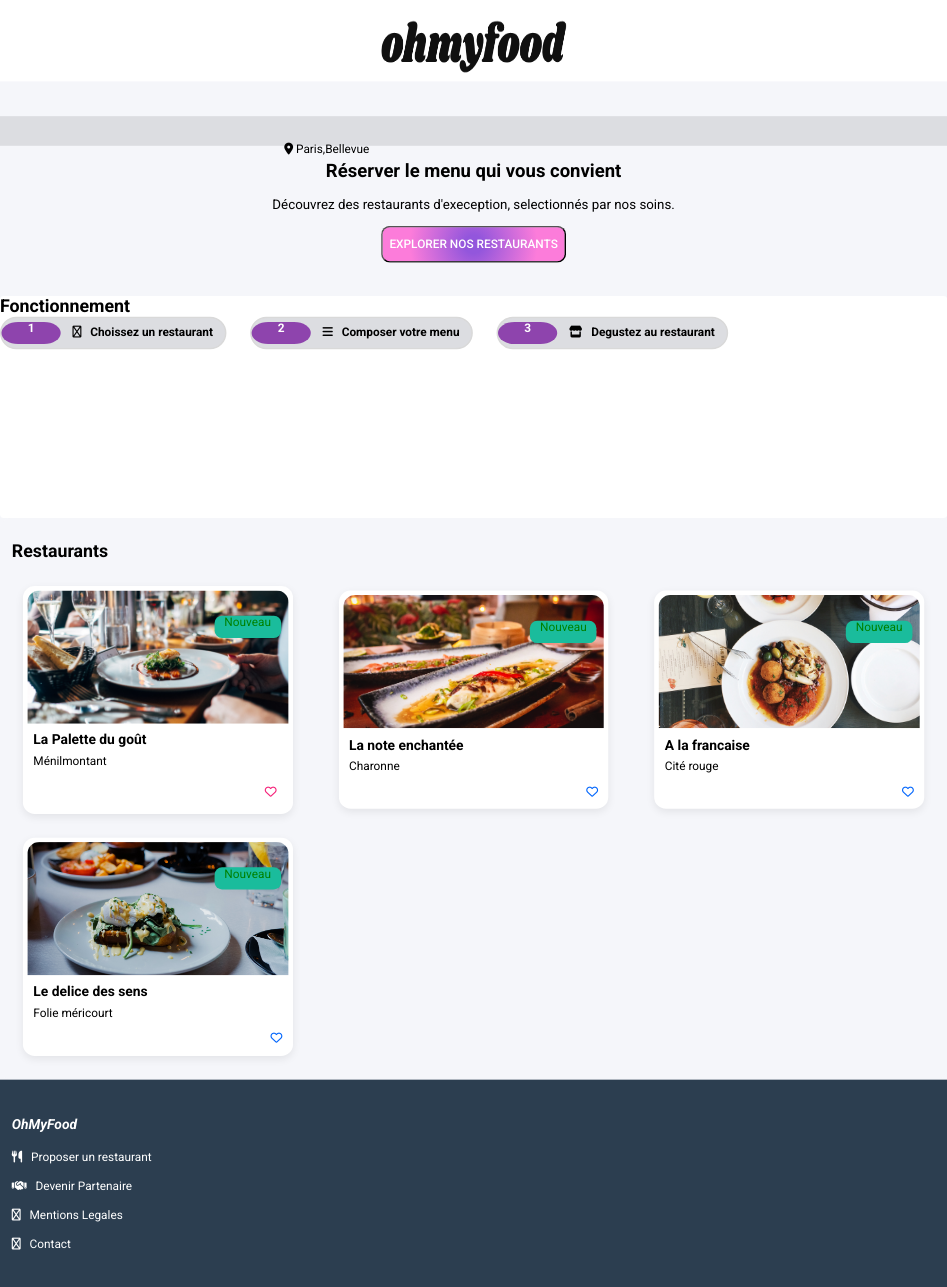
Repository: ultraasedev/ohmyfood
Page: index.html
An editor plug-in stored every save of this project. The page is shown before and after the next save, followed by the edit.
The browser window is 1280 px wide. The pictures show the whole page, at 74% of full size.
Some web fonts or font styles are not loaded; a fallback is used. Some web libraries are served in a nearby version.

Above is the page before, as saved 2022-10-27 18:52:13.

### index.html
<!doctype html>
<html lang="fr">
    <head>
        <meta charset="UTF-8">
        <meta name="viewport" content="width=device-width,minimum-scale=1,initial-scale=1,maximum-scale=2">

      <title>Ohmyfood!  - Home</title>
       <meta name="description" content="Ohmyfood! est une entreprise de commande de repas en ligne. Notre concept permet aux
       utilisateurs de composer leur propre menu et réduire leur temps d’attente dans les
       restaurants car leur menu est préparé à l’avance. Plus de perte de temps à consulter la carte"/>
       <meta property="og:site_name" content="Ohmyfood!  - est une entreprise de commande de repas en ligne. Notre concept permet aux
       utilisateurs de composer leur propre menu et réduire leur temps d’attente dans les
       restaurants car leur menu est préparé à l’avance. Plus de perte de temps à consulter la carte" />
       <meta property="og:description" content="est une entreprise de commande de repas en ligne. Notre concept permet aux
       utilisateurs de composer leur propre menu et réduire leur temps d’attente dans les
       restaurants car leur menu est préparé à l’avance. Plus de perte de temps à consulter la carte" />




       <link type="text/css" rel="stylesheet" href="css/normalize.css"/>
       <link type="text/css" rel="stylesheet" href="css/all.min.css"/>
       <link type="text/css" rel="stylesheet" href="css/fontawesome.min.css"/>
       <link rel="preconnect" href="https://fonts.googleapis.com">
        <link rel="preconnect" href="https://fonts.gstatic.com" crossorigin>
       <link href="https://fonts.googleapis.com/css2?family=Roboto:ital,wght@0,100;0,300;0,400;0,500;0,700;0,900;1,100;1,300;1,400;1,500;1,700;1,900&family=Shrikhand&display=swap" rel="stylesheet">
       <script   src="https://kit.fontawesome.com/f132f25ed3.js" crossorigin="anonymous"></script>

       <link type="text/css" rel="stylesheet" href="css/style.css" />



       </head>

       <body>
<!--Nav + Logo-->
   <div class="nav">
    <div class="logo">
      <img src="images/logo/ohmyfood.png" alt="Ohmyfood !" class="logo"/>
    </div>
   </div>


<!--Header-->
<header>
  <!--Location-->
 <div class="location">
  <div class="villeloca"><p><i class="fa-sharp fa-solid fa-location-dot"></i> Paris,Bellevue</p></div>
</div>

  <div class="head-cont">
    <h2>Réserver le menu qui vous convient</h2>
    <p>Découvrez des restaurants d'exeception, selectionnés par nos soins.</p>

    <button class="btn-nav">
      Explorer nos restaurants
    </button>
  </div>
</header>

<!--Fonctionnement-->
<section class="cont-fonc">
  <h2>Fonctionnement</h2>

  <div class="ctn-filtres">

    <div class="filtres">
      <div class="circle-inf">1</div>
      <p><i class="fa-regular fa-phone"></i>&nbsp;&nbsp;&nbsp;Choissez un restaurant</p>
    </div>

    <div class="filtres">
      <div class="circle-inf">2</div>
      <p><i class="fa-solid fa-bars"></i>&nbsp;&nbsp;&nbsp;Composer votre menu</p>
    </div>

    <div class="filtres">
      <div class="circle-inf">3</div>
      <p><i class="fa-solid fa-store"></i>&nbsp;&nbsp;&nbsp;Degustez au restaurant</p>
    </div>


  </div>

</section>
<!--Fonctionnement-->

<!--Restau 1-->
<section class="cont-art">
  <h2>Restaurants</h2>

  <!-- Card 1 -->
              <article class="resto-card">
                <a href="#">
                  <img
                    src="./images/restaurants/jay-wennington-N_Y88TWmGwA-unsplash.jpg"
                    alt="Photo de l'hébergement"
                  />
                  <div class="new">Nouveau</div>
                  <h3>La Palette du goût</h3>
                  <p>Ménilmontant</p>
                  <div class="stars">
                    <i class="fa-regular fa-heart active"></i>
                  </div>
                </a>
              </article>


               <!-- Card 2 -->
               <article class="resto-card">
                <a href="#">
                  <img
                    src="./images/restaurants/louis-hansel-shotsoflouis-qNBGVyOCY8Q-unsplash.jpg"
                    alt="Photo de l'hébergement"
                  />
                  <div class="new">Nouveau</div>
                  <h3>La note enchantée</h3>
                  <p>Charonne</p>
                  <div class="stars">
                    <i class="fa-regular fa-heart"></i>

                  </div>
                </a>
              </article>

               <!-- Card 3 -->
               <article class="resto-card">
                <a href="#">
                  <img
                    src="./images/restaurants/stil-u2Lp8tXIcjw-unsplash.jpg"
                    alt="Photo de l'hébergement"
                  />
                  <div class="new">Nouveau</div>
                  <h3>A la francaise</h3>
                  <p>Cité rouge</p>
                  <div class="stars">
                    <i class="fa-regular fa-heart"></i>
                  </div>
                </a>
              </article>

               <!-- Card 4 -->
               <article class="resto-card">
                <a href="#">
                  <img
                    src="./images/restaurants/toa-heftiba-DQKerTsQwi0-unsplash.jpg"
                    alt="Photo de l'hébergement"
                  />
                  <div class="new">Nouveau</div>
                  <h3>Le delice des sens</h3>
                  <p>Folie méricourt</p>
                  <div class="stars">
                    <i class="fa-regular fa-heart"></i>
                  </div>
                </a>
              </article>




</section>

<!--FOOTER-->
<footer>
  <div class="container-footer">
    <div class="card-footer">
      <h3 style="font-family: 'Roboto';font-weight: 700;font-style: italic;">OhMyFood</h3>
      <!--<img src="images/logo/ohmyfood.png" alt="Ohmyfood !" height="20px" width="80px" style="margin-bottom: 10px;"/>-->
      <a href="#"><i class="fa-solid fa-utensils"></i>&nbsp;&nbsp;&nbsp;Proposer un restaurant</a>
      <a href="#"><i class="fa-solid fa-handshake"></i>&nbsp;&nbsp;&nbsp;Devenir Partenaire</a>
      <a href="#"><i class="fa-regular fa-circle-info"></i>&nbsp;&nbsp;&nbsp;Mentions Legales</a>
      <a href="#"><i class="fa-regular fa-phone"></i>&nbsp;&nbsp;&nbsp;Contact</a>

    </div>

</footer>

### css/style.css
*{
    box-sizing: border-box;
    font-family: var(--fontall);
    max-width: 1380px;

}
:root{

  /*Font*/
  --fontall: 'Roboto', sans-serif;
  --fontlg: 'Shrikhand' , cursive;

  /*color*/
  --primary: #9356DC;
  --secon: #FF79DA;
  --tert: #99E2D0;

  --greybg: #f5f6fa;

}


body{
    background-color:  var(--greybg);
    font-family: var(--fontall);
}

/* Nav*/
.nav{
  display: flex;
  height: 130px;
  width: 100%;
  background-color: #fff;
  align-items: center;
  align-content: center;
  text-align: center;
  margin-bottom: 10px;
}
/*Logo*/
.logo{
  position: relative;
  align-items: center;
  align-content: center;
  text-align: center;
  margin-right: auto;
  margin-left: auto;
}
.logo img{
  height: 70px;
  width: 250px;
}
/*Header*/
header{
  position: absolute;
  height: 300px;
  width: 100%;
  background-color: #f5f6fa;
  align-items: center;
  align-content: center;
  text-align: center;
  margin-top: -30px;
}
/*Location*/
.location{
  position: flex;
  background-color: #dcdde1;
  height: 40px;
  margin-top: -8px;
  align-items: center;
  align-content: center;
  text-align: center;
}
.location .villeloca{
  position: absolute;
  align-items: center;
  align-content: center;
  text-align: center;
  left: 30%;
}

/*Head-Cont*/

.head-cont h2{
  font-size: 25px;
  font-weight: bold;

}
.head-cont p{
  font-size: 18px;
  font-weight: 400;

}
/*Btn-nav*/
.btn-nav{
  align-items: center;
  align-content: center;
  text-transform: uppercase;
  transition: 0.5s;
  background: rgb(147,86,220);
  background: radial-gradient(circle, rgba(147,86,220,1) 10%, rgba(252,124,218,1) 69%);
  z-index: -1;
  transition: transform 400ms ease-in;
  color: #fff;
  width: 250px;
  height: 50px;
  overflow: hidden;
  text-decoration: none;
  border-radius: 12px;
 font-weight: 500;

}
/*Fonctionnement*/
.cont-fonc{
  position: relative;
  background-color: #fff;
  height: 300px;
  margin-top: 270px;
  border-radius: 5px;
}

.cont-fonc h2 {
  grid-column: 1/-1;
  margin: 0;
}
.cont-fonc .ctn-filtres {
  display: flex;
  align-items: center;
  gap: 32px;
  flex-wrap: wrap;
  margin-bottom: 25px;
}
.cont-fonc .circle-inf{
  background-color: #8e44ad;
  width: 80px;
  height: 30px;
  border-radius: 60px / 40px;
  text-align: center;
  color: #fff;
  font-weight: bold;
}
.cont-fonc .ctn-filtres .filtres{
  display: flex;
  align-items: center;
  gap: 16px;
  border: 2px solid #d9d9d9;
  border-radius: 32px;
  padding: 0 16px 0 0;
  height: 44px;
  transition: 0.2s;
  cursor: pointer;
  font-weight: bold;
  background-color: #dcdde1;
}
/* Content Article */
.cont-art{
  background-color: #f5f6fa;
  padding: 32px 16px;
  border-radius: 16px;
  display: grid;
  grid-template-columns: repeat(3, 1fr);
  gap: 32px;
  left: 10px;
}
.cont-art h2 {
  grid-column: 1/-1;
  margin: 0;
}
.cont-art .resto-card{
  background: white;
  padding: 6px;
  border-radius: 16px;
  margin: auto;
  box-shadow: rgba(0, 0, 0, 0.08) 0px 4px 12px;
  transition: 0.2s;
  width: calc(100% - 30px);
}
.cont-art .resto-card .new{
  position: relative;
  background-color: #1abc9c;
  color: green;
  height: 30px;
  width: 90px;
  text-align: center;
  justify-content: center;
  align-items: center;
  border-radius: 10px;
  float: right;
  top: -150px;
  margin-right: 10px;
  font-weight: 400;
}
.cont-art .resto-card img {
  height: 180px;
  object-fit: cover;
  width: 100%;
  border-top-right-radius: 16px;
  border-top-left-radius:16px;
}
.cont-art .resto-card a {
  text-decoration: none;
  color: inherit;
}

.cont-art .resto-card h3 {
  margin: 8px 8px 8px;
}

.cont-art .resto-card p {
  margin: 8px 8px 8px;
}

.cont-art .resto-card .stars {
  margin: 8px 8px 8px;
  color: #0065fc;
  float: right;
}
.cont-art .resto-card .stars .active{
  margin: 8px 8px 8px;
  color: #f52179;
}

/*FOOTER*/
footer {
  background-color: #2c3e50;
  padding: 32px 16px;
  color: #fff;
}
.container-footer {
  display: flex;
  max-width: 1330px;
  margin: auto;
  font-family: "Raleway", sans-serif;
  gap: 16px;
}
.card-footer {
  display: flex;
  flex-direction: column;
  min-width: 30%;
}

.card-footer a {
  margin-top: 5px;
  margin-bottom: 16px;
  text-decoration: none;
  color: inherit;
}

.card-footer a:hover {
  text-decoration: underline !important;
}

Loaded but not shown: css/normalize.css (library); css/all.min.css (library); css/fontawesome.min.css (library)

After the next save:
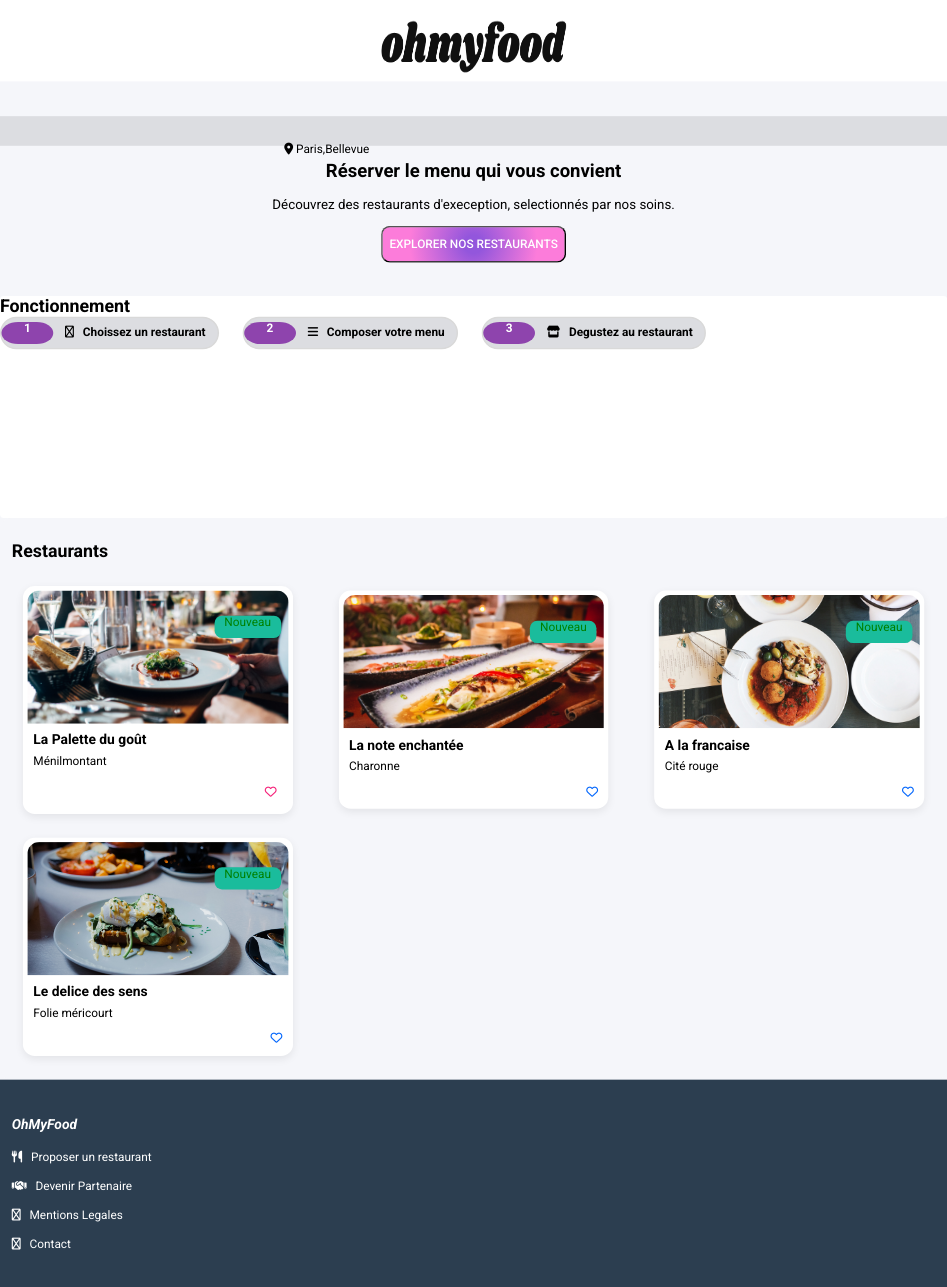
Saved 10 s later.
--- a/css/style.css
+++ b/css/style.css
@@ -131,7 +131,7 @@ header{
 }
 .cont-fonc .circle-inf{
   background-color: #8e44ad;
-  width: 80px;
+  width: 70px;
   height: 30px;
   border-radius: 60px / 40px;
   text-align: center;
